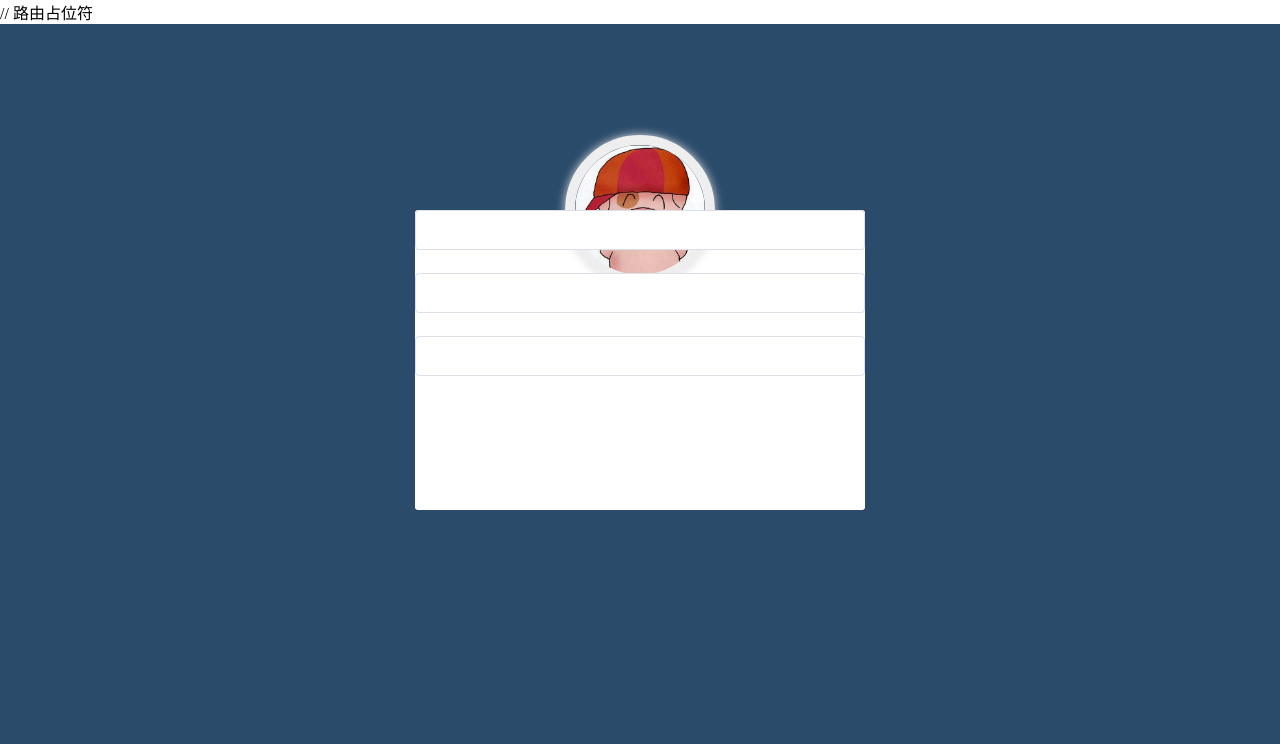
Repository: Japcy/onetwothree
Page: /
These files come from the project's save history. The page is drawn as it stood at one moment and after the next save; the edit follows.
The browser window is 1280 px wide. The pictures show the whole page.
The project was rebuilt for these pictures with package versions that can differ from the ones it lists, and the page was loaded fresh each time.

Above is the page before, as saved 2020-02-28 23:57:55.

After the next save:
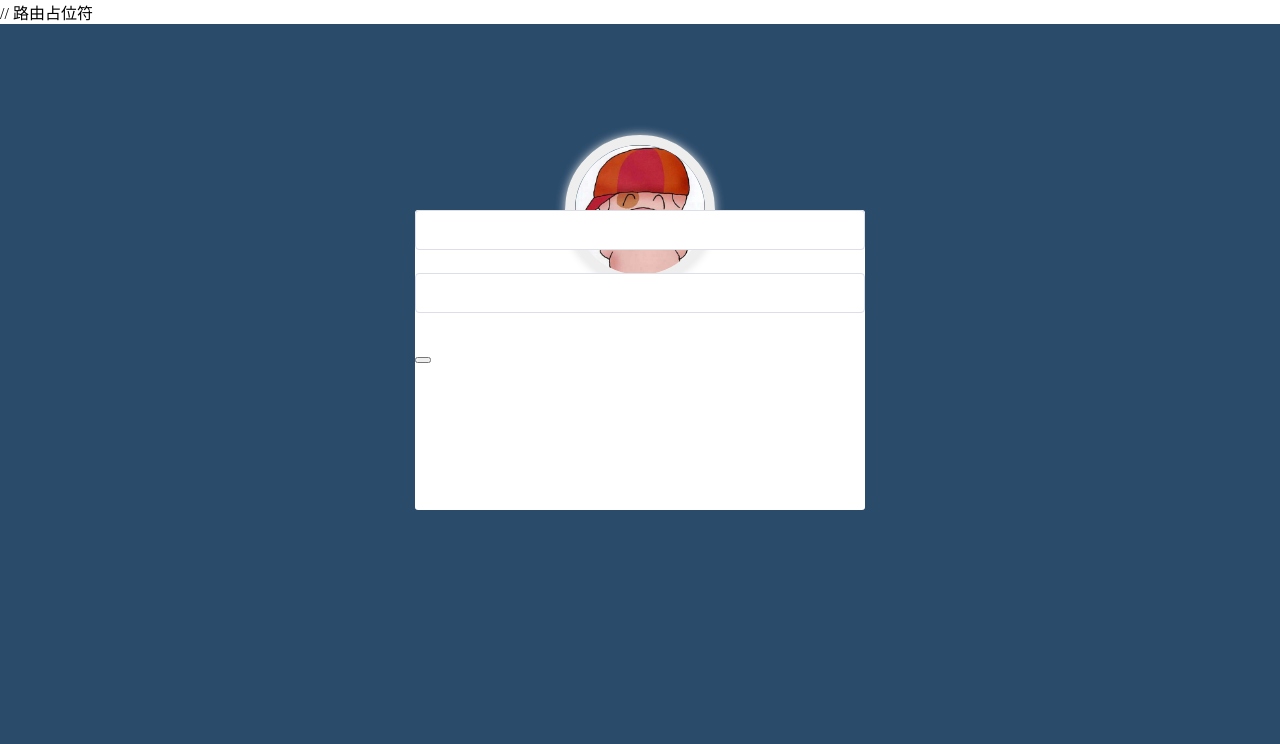
Saved 32 s later.
--- a/src/components/Login.vue
+++ b/src/components/Login.vue
@@ -15,8 +15,9 @@
           <el-form-item>
             <el-input></el-input>
           </el-form-item>
+          <!-- 按钮区域 -->
           <el-form-item>
-            <el-input></el-input>
+            <button></button>
           </el-form-item>
         </el-form>
       </div>
